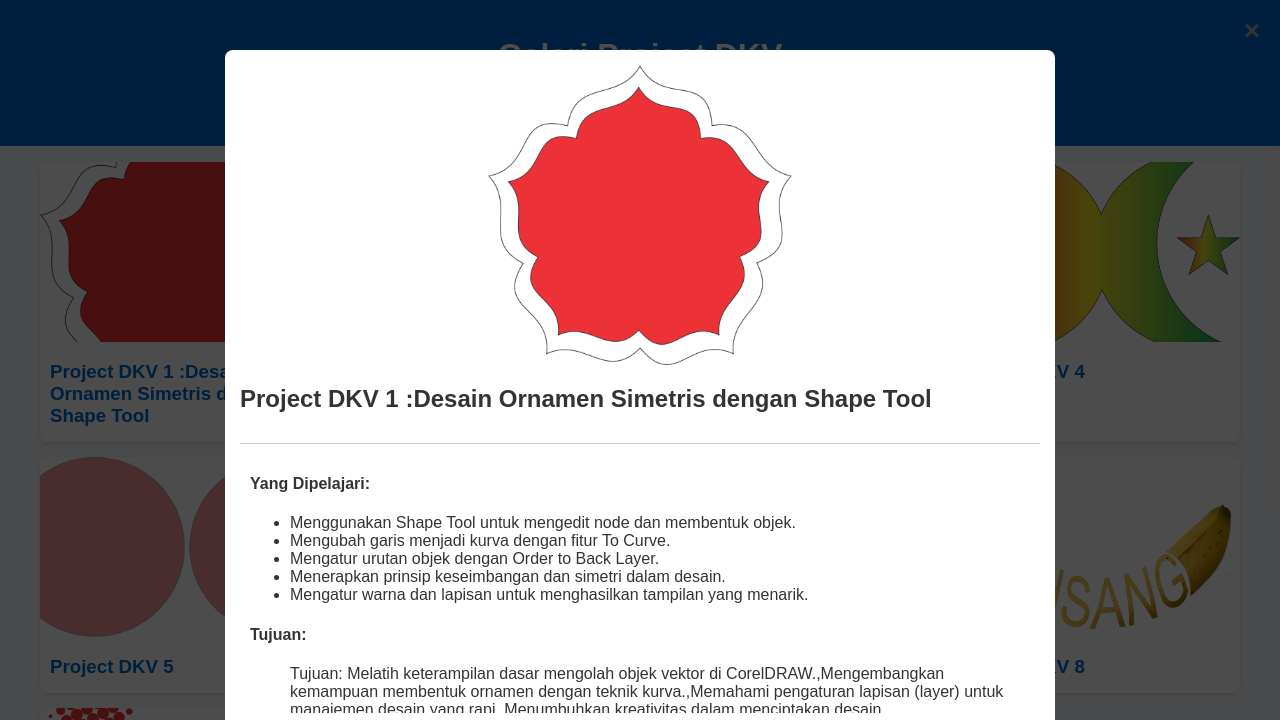
Repository: ppdbsmkmutipuga/galeriprojectdkvsmkmutipuga
Page: index.html
The author's editor kept a copy of each file at every save. The page is drawn from the files as they stood at one save, then again after a run of saves.
The browser window is 1280 px wide. The pictures show the window.
After loading, the first visible `div.project-card` was clicked once.
A layer covers the whole window, so only the first screen is drawn.

Above is the page before, as saved 2025-08-14 03:05:57.
Console error: TypeError: Cannot read properties of null (reading 'addEventListener')

### index.html
<!DOCTYPE html>
<html lang="id">

<head>
    <meta charset="UTF-8">
    <meta name="viewport" content="width=device-width, initial-scale=1.0">
    <title>Galeri Project DKV CorelDRAW</title>
    <link rel="stylesheet" href="styles.css">
</head>

<body>

    <header>
        <h1>Galeri Project DKV</h1>
        <p>Belajar CorelDRAW melalui berbagai karya kreatif</p>
    </header>

    <main>
        <section class="grid-container" id="projectGrid">
            <!-- Card project akan dimasukkan lewat JavaScript -->
        </section>
    </main>

    <footer>
        <p>&copy; 2025 SMK Mutipuga - Pembelajaran DKV CorelDRAW</p>
    </footer>

    <!-- Modal -->
    <!-- Modal -->
    <div id="modal" class="modal">
        <div class="modal-content">
            <span class="close-btn">&times;</span>
            <img id="modalImage" src="" alt="Project">
            <h2 id="modalTitle"></h2>
            <div class="modal-scroll">
                <h4>Yang Dipelajari:</h4>
                <ul id="modalBelajar"></ul>
                <h4>Tujuan:</h4>
                <ul id="modalTujuan"></ul>
            </div>
        </div>
    </div>


    <script src="script.js"></script>
</body>

</html>

### styles.css
body {
    font-family: Arial, sans-serif;
    margin: 0;
    background: #f5f7fa;
    color: #333;
}

header {
    background: #0066cc;
    color: white;
    text-align: center;
    padding: 1rem;
}

main {
    max-width: 1200px;
    margin: auto;
    padding: 1rem;
}

.grid-container {
    display: grid;
    grid-template-columns: repeat(auto-fit, minmax(250px, 1fr));
    gap: 15px;
    margin-bottom: 2rem;
}

.project-card {
    background: white;
    border-radius: 8px;
    overflow: hidden;
    box-shadow: 0 2px 5px rgba(0, 0, 0, 0.1);
    cursor: pointer;
    transition: transform 0.2s;
}

.project-card:hover {
    transform: scale(1.03);
}

.project-card img {
    width: 100%;
    height: 180px;
    object-fit: cover;
}

.project-info {
    padding: 10px;
}

.project-info h3 {
    margin: 5px 0;
    color: #0066cc;
}

footer {
    background: #0066cc;
    color: white;
    text-align: center;
    padding: 0.7rem;
    margin-top: 2rem;
}

/* Modal Style */
/* Modal background */
.modal {
    display: none;
    position: fixed;
    z-index: 1000;
    left: 0;
    top: 0;
    width: 100%;
    height: 100%;
    background-color: rgba(0, 0, 0, 0.7);
}

/* Modal box */
.modal-content {
    background: white;
    margin: 50px auto;
    padding: 15px;
    border-radius: 8px;
    width: 80%;
    max-width: 800px;
    max-height: 90vh;
    /* Biar nggak melebihi layar */
    overflow: hidden;
    /* Scroll hanya di area dalam */
    display: flex;
    flex-direction: column;
}

/* Scrollable area */
.modal-scroll {
    flex: 1;
    overflow: auto;
    /* Scroll muncul kalau konten panjang */
    margin-top: 10px;
    padding: 10px;
    border-top: 1px solid #ccc;
}

/* Biar bisa scroll kanan kiri juga */
.modal-scroll ul,
.modal-scroll p {
    min-width: 600px;
    /* Kalau mau horizontal scroll */
}

/* Gambar di modal */
.modal-content img {
    max-height: 300px;
    object-fit: contain;
    width: 100%;
}

/* Tombol close */
.close-btn {
    position: absolute;
    top: 15px;
    right: 20px;
    font-size: 28px;
    font-weight: bold;
    cursor: pointer;
}

### script.js
// Data project (setiap project punya data berbeda)
const projects = [
    {
        title: "Project DKV 1 :Desain Ornamen Simetris dengan Shape Tool",
        image: "images/project01dkv.png",
        belajar: [
            "Menggunakan Shape Tool untuk mengedit node dan membentuk objek.",
            "Mengubah garis menjadi kurva dengan fitur To Curve.",
            "Mengatur urutan objek dengan Order to Back Layer.",
            "Menerapkan prinsip keseimbangan dan simetri dalam desain.",
            "Mengatur warna dan lapisan untuk menghasilkan tampilan yang menarik.",
        ],
        tujuan: [
            "Melatih keterampilan dasar mengolah objek vektor di CorelDRAW.",
            "Mengembangkan kemampuan membentuk ornamen dengan teknik kurva.",
            "Memahami pengaturan lapisan (layer) untuk manajemen desain yang rapi.",
            "Menumbuhkan kreativitas dalam menciptakan desain dekoratif.",
            "Meningkatkan ketelitian dan estetika dalam karya digital."
        ]
    },
    {
        title: "Project DKV 2",
        image: "images/project02dkv.png",
        belajar: [
            "Menggunakan Shape Tool untuk membentuk ikon",
            "Memanfaatkan kurva Bézier untuk detail logo",
            "Pengaturan warna dan gradasi",
            "Export logo dengan latar transparan"
        ],
        tujuan: "Menguasai pembuatan logo sederhana yang mewakili identitas organisasi."
    },
    {
        title: "Project DKV 3",
        image: "images/project03dkv.png",
        belajar: [
            "Menentukan layout poster vertikal",
            "Mengatur teks headline dan subheadline",
            "Menggunakan gambar dengan efek transparansi",
            "Memadukan warna untuk kesan energik"
        ],
        tujuan: "Mampu membuat poster yang komunikatif dan menarik perhatian audiens."
    },
    {
        title: "Project DKV 4",
        image: "images/project04dkv.png",
        belajar: [
            "Menentukan layout poster vertikal",
            "Mengatur teks headline dan subheadline",
            "Menggunakan gambar dengan efek transparansi",
            "Memadukan warna untuk kesan energik"
        ],
        tujuan: "Mampu membuat poster yang komunikatif dan menarik perhatian audiens."
    },
    {
        title: "Project DKV 5",
        image: "images/project05dkv.png",
        belajar: [
            "Menentukan layout poster vertikal",
            "Mengatur teks headline dan subheadline",
            "Menggunakan gambar dengan efek transparansi",
            "Memadukan warna untuk kesan energik"
        ],
        tujuan: "Mampu membuat poster yang komunikatif dan menarik perhatian audiens."
    },
    {
        title: "Project DKV 6",
        image: "images/project06dkv.png",
        belajar: [
            "Menentukan layout poster vertikal",
            "Mengatur teks headline dan subheadline",
            "Menggunakan gambar dengan efek transparansi",
            "Memadukan warna untuk kesan energik"
        ],
        tujuan: "Mampu membuat poster yang komunikatif dan menarik perhatian audiens."
    },
    {
        title: "Project DKV 7",
        image: "images/project07dkv.png",
        belajar: [
            "Menentukan layout poster vertikal",
            "Mengatur teks headline dan subheadline",
            "Menggunakan gambar dengan efek transparansi",
            "Memadukan warna untuk kesan energik"
        ],
        tujuan: "Mampu membuat poster yang komunikatif dan menarik perhatian audiens."
    },
    {
        title: "Project DKV 8",
        image: "images/project08dkv.png",
        belajar: [
            "Menentukan layout poster vertikal",
            "Mengatur teks headline dan subheadline",
            "Menggunakan gambar dengan efek transparansi",
            "Memadukan warna untuk kesan energik"
        ],
        tujuan: "Mampu membuat poster yang komunikatif dan menarik perhatian audiens."
    },
    {
        title: "Project DKV 9",
        image: "images/project09dkv.png",
        belajar: [
            "Menentukan layout poster vertikal",
            "Mengatur teks headline dan subheadline",
            "Menggunakan gambar dengan efek transparansi",
            "Memadukan warna untuk kesan energik"
        ],
        tujuan: "Mampu membuat poster yang komunikatif dan menarik perhatian audiens."
    },
    {
        title: "Project DKV 4",
        image: "images/project04dkv.png",
        belajar: [
            "Menentukan layout poster vertikal",
            "Mengatur teks headline dan subheadline",
            "Menggunakan gambar dengan efek transparansi",
            "Memadukan warna untuk kesan energik"
        ],
        tujuan: "Mampu membuat poster yang komunikatif dan menarik perhatian audiens."
    },
];

// Tampilkan grid
const projectGrid = document.getElementById("projectGrid");
projects.forEach((proj, index) => {
    const card = document.createElement("div");
    card.classList.add("project-card");

    card.innerHTML = `
        <img src="${proj.image}" alt="${proj.title}">
        <div class="project-info">
            <h3>${proj.title}</h3>
        </div>
    `;

    // Klik untuk buka modal
    card.addEventListener("click", () => openModal(index));
    projectGrid.appendChild(card);
});

// Modal logic
const modal = document.getElementById("modal");
const modalImage = document.getElementById("modalImage");
const modalTitle = document.getElementById("modalTitle");
const modalBelajar = document.getElementById("modalBelajar");
const modalTujuan = document.getElementById("modalTujuan");
const closeBtn = document.querySelector(".close-btn");

function openModal(index) {
    const proj = projects[index];
    modalImage.src = proj.image;
    modalTitle.textContent = proj.title;
    modalBelajar.innerHTML = proj.belajar.map(item => `<li>${item}</li>`).join("");
    modalTujuan.textContent = `Tujuan: ${proj.tujuan}`;
    modal.style.display = "block";
}

closeBtn.addEventListener("click", () => {
    modal.style.display = "none";
});

window.addEventListener("click", (e) => {
    if (e.target === modal) modal.style.display = "none";
});

// Form interaktif
document.getElementById("feedbackForm").addEventListener("submit", function (event) {
    event.preventDefault();
    let nama = document.getElementById("nama").value;
    let kelas = document.getElementById("kelas").value;
    let komentar = document.getElementById("komentar").value;

    alert(`Terima kasih, ${nama} dari kelas ${kelas}!\nKomentar kamu: "${komentar}" telah kami terima.`);
    this.reset();
});

After the next 2 saves:
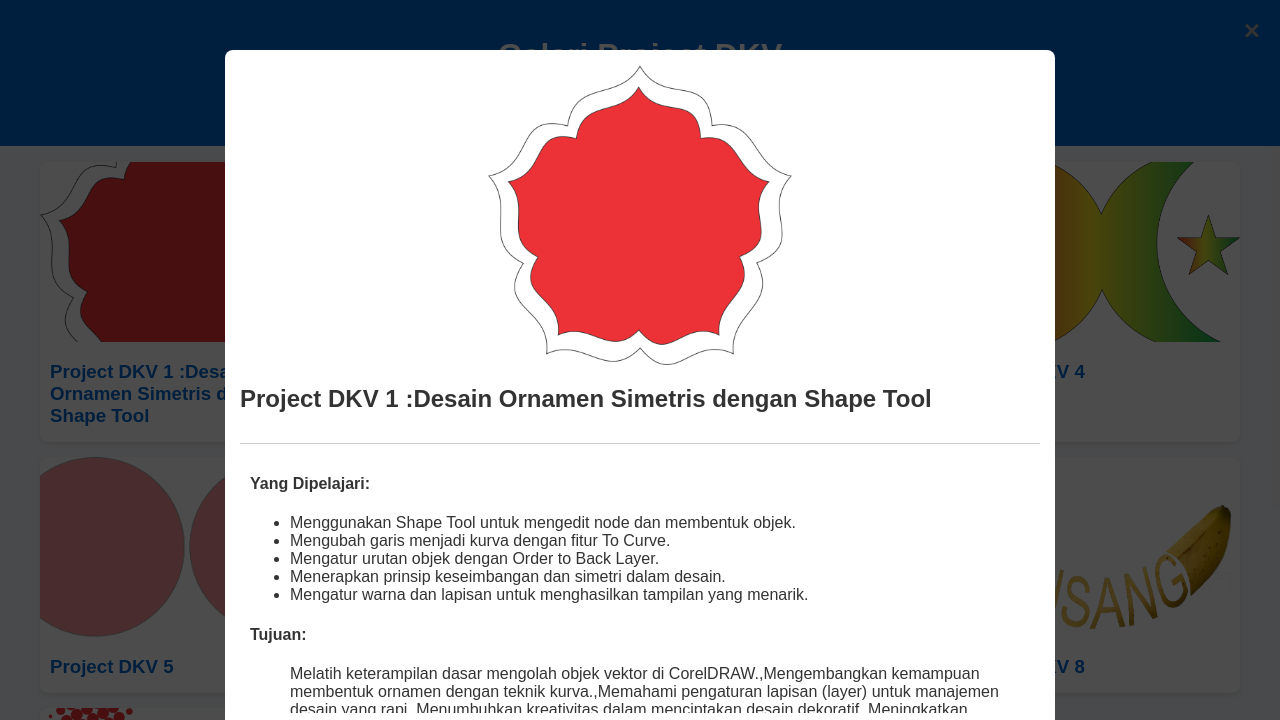
The 2 saves are shown as one change because they came seconds apart.
The last was saved 100 s later.
--- a/script.js
+++ b/script.js
@@ -150,7 +150,7 @@
     modalImage.src = proj.image;
     modalTitle.textContent = proj.title;
     modalBelajar.innerHTML = proj.belajar.map(item => `<li>${item}</li>`).join("");
-    modalTujuan.textContent = `Tujuan: ${proj.tujuan}`;
+    modalTujuan.textContent = proj.tujuan;
     modal.style.display = "block";
 }
 
